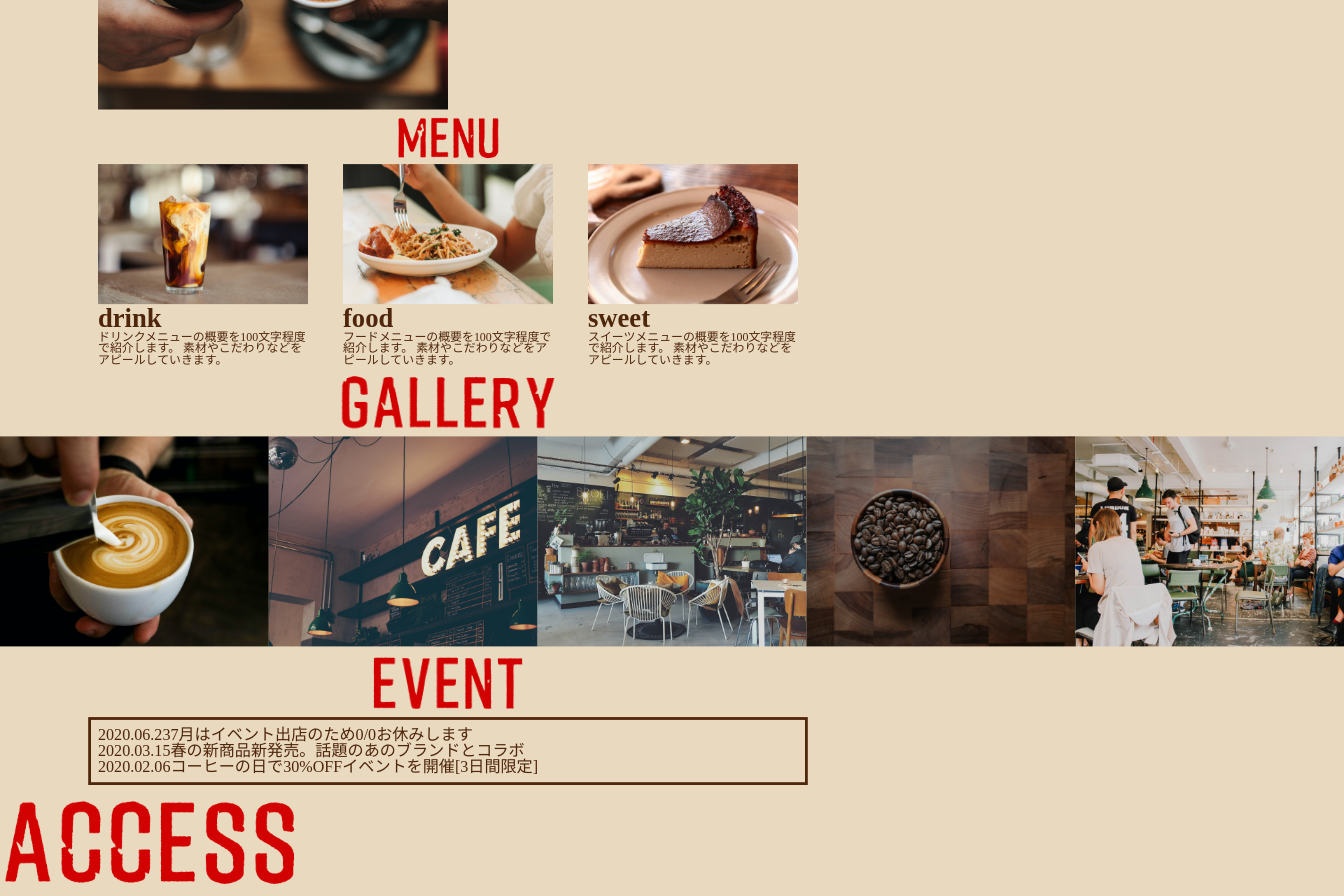
Repository: sonoyama01/dezasuta
Page: 第4回課題/index.html
These files come from the project's save history. The page is drawn as it stood at one moment and after the next save; the edit follows.
The browser window is 1280 px wide. The page is 1920 px wide, so the pictures cover 1920 px, including what lies to the right of the window. The pictures show the part of the page from y = 1128 to 2408 px (the page is 2408 px tall before and 2351 px after), at 70% of full size.

Above is the page before, as saved 2024-05-08 22:42:26.

### 第4回課題/index.html
<!DOCTYPE html>
<html lang="ja">

<head>
    <meta charset="UTF-8">
    <meta name="viewport" content="width=device-width, initial-scale=1.0">
    <title>Desing Cafe</title>
    <link rel="stylesheet" href="./css/style.css">
</head>

<body>
    <!-- ヘッダー -->
    <header>
        <div class="header_slide">
            <div>
                <img src="./images/pc_first-100.jpg" alt="店内の様子">
            </div>
        </div>
        <div class="header_wrap">
            <h1 class="header_logo">
                <img src="./images/design_cafe_logo_header@2x.png" alt="desind cafe">
            </h1>
            <nav class="pc_nav">
                <ul>
                    <li><a href="#about_us">ABOUT US</a></li>
                    <li><a href="#menu">MENU</a></li>
                    <li><a href="#gallery">GALLERY</a></li>
                    <li><a href="#event">EVENT</a></li>
                    <li><a href="#">ACCESS</a></li>
                </ul>
            </nav>
        </div>
    </header>
    <div class="catch_copy">
        <p class="catch_copy_ja"><span class="en">Have a happy day From a cup of coffee.</span><br>
            ハッピーに溢れる1日を<br>
            1杯のコーヒーから。</p><!-- /.catch_copy -->
        <p>毎日を丁寧に大切に過ごしたい。だからこそ一杯一杯丁寧にコーヒーを入れ<br>
            足を運んでくれるお客さんには落ち着く空間とこだわりのコーヒーを提供したい。</p>
    </div><!-- /.catch_copy -->

    <!-- ABOUT US -->
    <section id="about_us">
        <div class="wrap">
            <div class="about_us">
                <div class="about_us_im"><img src="./images/pc_about-100.jpg" alt=""></div>
                <div class="about_us_text">
                    <h2><img src="./images/about_us@2x.png" alt=""></h2>
                    <p class="about_us_concept">私たちが提供する<br>
                        こだわりのコーヒー</p><!-- /.about_us_concept -->
                    <p class="about_us_texts">
                        サービスを提供する上での想いや心がけていることなど、
                        メッセージを文章で紹介します。サービスを提供する上での
                        想いや心がけていることなど、メッセージを文章で紹介します。
                        サービスを提供する上での想いや心がけていることなど、
                        メッセージを文章で紹介します。
                        サービスを提供する上での想いや心がけていることなど、
                        メッセージを文章で紹介します。
                        サービスを提供する上での想いや心がけていることなど、
                        メッセージを文章で紹介します。
                    </p><!-- /.about_us_text -->
                </div>

            </div><!-- /.about_us -->
        </div><!-- /.wrap -->
    </section><!-- /#about_us -->

    <!-- MENU -->
    <!-- 上手くいかね
        <section id="menu_fx">
        <h2><img src="./images/menu@2x.png" alt="menu"></h2>
        <div class="menu">
            <div class="drink">
                <img src="./images/pc_menu_drink-100.jpg" alt="drink">
            </div>
            <div class="food">
                <img src="./images/pc_menu_food-100.jpg" alt="food">
            </div>
            <div class="sweets">
                <img src="./images/pc_menu_sweets-100.jpg" alt="sweet">
            </div>
        </div>
    </section>/#menu_fx
-->

    <section id="menu">
        <div class="wrap">
            <h2><img src="./images/menu@2x.png" alt="menu"></h2>
            <div class="menu">
                <div class="menu_item">
                    <img src="./images/pc_menu_drink-100.jpg" alt="drink">
                    <h3>drink</h3>
                    <p class="menu_tx">ドリンクメニューの概要を100文字程度で紹介します。
                        素材やこだわりなどをアピールしていきます。</p><!-- /.menu_tx -->
                </div><!-- /.menu_item -->
                <div class="menu_item">
                    <img src="./images/pc_menu_food-100.jpg" alt="food">
                    <h3>food</h3>
                    <p class="menu_tx">フードメニューの概要を100文字程度で紹介します。
                        素材やこだわりなどをアピールしていきます。</p><!-- /.menu_tx -->
                </div><!-- /.menu_item -->
                <div class="menu_item">
                    <img src="./images/pc_menu_sweets-100.jpg" alt="sweet">
                    <h3>sweet</h3>
                    <p class="menu_tx">スイーツメニューの概要を100文字程度で紹介します。
                        素材やこだわりなどをアピールしていきます。</p><!-- /.sweet -->
                </div><!-- /.menu_item -->
            </div><!-- /.menu_fx -->
        </div><!-- /.wrap -->
    </section><!-- /#menu -->

    <!-- GALLERY -->
    <section id="gallery">
        <h2><img src="./images/gallery@2x.png" alt="gallery"></h2>
        <div class="gallery">
            <img src="./images/pc_gallary_01-100.jpg" alt="">
            <img src="./images/pc_gallary_02-100.jpg" alt="">
            <img src="./images/pc_gallary_03-100.jpg" alt="">
            <img src="./images/pc_gallary_04-100.jpg" alt="">
            <img src="./images/pc_gallary_05-100.jpg" alt="">
        </div><!-- /.gallery -->
    </section><!-- /#gallery -->

    <!-- EVENT -->
    <section id="event">
        <h2><img src="./images/event@2x.png" alt="event"></h2>
        <div class="event">
            <dl>
                <div class="event_item">
                    <dt><time datetime="2020-06-23">2020.06.23</time></dt>
                    <dd>7月はイベント出店のため0/0お休みします</dd>
                </div>
                <div class="event_item">
                    <dt><time datetime="2020-03-15">2020.03.15</time></dt>
                    <dd>春の新商品新発売。話題のあのブランドとコラボ</dd>
                </div>
                <div class="event_item">
                    <dt><time datetime="2020-02-06">2020.02.06</time></dt>
                    <dd>コーヒーの日で30&percnt;OFFイベントを開催&lbrack;3日間限定&rbrack;</dd>
                </div>
            </dl>
        </div>
    </section><!-- /#event -->

    <!-- ACCESS -->
    <section id="access">
        <h2><img src="./images/access@2x.png" alt="access"></h2>
    </section>

</body>

</html>

### 第4回課題/css/style.css
@charset "utf-8";

/* cssリセット */

/*利用するタグによってこちらの内容は増やす*/

html,
body,
h1,
h2,
h3,
p,
dl,
dt,
dd,
ul,
li {
  margin: 0;
  padding: 0;
  line-height: 1;
  /*デフォルトの文字色、font-familyを予め当てておく*/
  color: #4f260b;
  font-family: "游明朝", YuMincho, "Hiragino Mincho ProN W3",
    "ヒラギノ明朝 ProN W3", "Hiragino Mincho ProN", "HG明朝E", "ＭＳ Ｐ明朝",
    "ＭＳ 明朝", serif;
}

a {
  /*下線を消す*/
  text-decoration: none;
  /*色を消す*/
  color: inherit;
  transition: 0.3s;
}

a:hover {
  opacity: 0.5;
}

ul {
  /*左の「・」を消す*/
  list-style: none;
}

img {
  max-width: 100%;
  vertical-align: bottom;
  border: none;
}

body {
  background-color: #e8d9bf;
  font-size: 23px;
}

/* ヘッダー */
.pc_nav ul {
  display: flex;
  gap: 55px;
}

.pc_nav ul li {
  width: 105px;
  text-align: center;
  color: #ffffff;
  font-weight: bold;
  font-size: 18px;
  font-family: YuGothic, "Yu Gothic", sans-serif, "Hiragino Sans W3",
    "Hiragino Kaku Gothic ProN", "ヒラギノ角ゴ ProN W3", "メイリオ", Meiryo,
    "ＭＳ Ｐゴシック", "MS PGothic", sans-serif;
}

.header_logo {
  width: 226px;
}

.header_wrap {
  display: flex;
  justify-content: space-between;
  align-items: center;
  padding: 0 7% 0 3%;
  position: absolute;
  top: 0;
  left: 0;
  width: 100%;
  box-sizing: border-box;
}

/* ============================
* キャッチコピー
* ========================= */
.catch_copy {
  text-align: center;
}
.en {
  font-size: 30px;
}
.catch_copy_ja {
  font-size: 82px;
}

/* ============================
* ABOUT US
* ========================= */
.about_us {
  display: flex;
  justify-content: space-between;
}
.about_us_im {
  width: 50%;
}
#about_us h2 {
  width: 27.2%;
}
.about_us_concept {
  font-size: 44px;
}
.about_us_text {
  width: 41%;
}
.about_us_texts {
  font-size: 16px;
}
.wrap {
  max-width: 1000px;
  margin: 0 auto;
  padding: 0 10px;
}

/* ============================
* MENU
* ========================= */
/*上手くいかね
.menu_im {
  width: 15%;
  margin: 0 auto;
}
.menu {
  display: flex;
  justify-content: space-between;
}
*/
#menu h2 {
  width: 15.1%;
  margin: 0 auto;
}
.menu {
  display: flex;
  justify-content: space-between;
}
.menu_item {
  width: 30%;
}

h3 {
  font-size: 38px;
}

.menu_tx {
  font-size: 17px;
}

/* ============================
* GALLERY
* ========================= */
#gallery h2 {
  width: 24.5%;
  margin: 0 auto;
}
.gallery {
  display: flex;
}

/* ============================
* EVENT
* ========================= */
#event h2 {
  width: 17.4%;
  margin: 0 auto;
}
.event_item {
  display: flex;
}

.event {
  max-width: 1000px;
  padding: 10px;
  border: 4px solid #4f260b;
  margin: 0 auto;
}

After the next save:
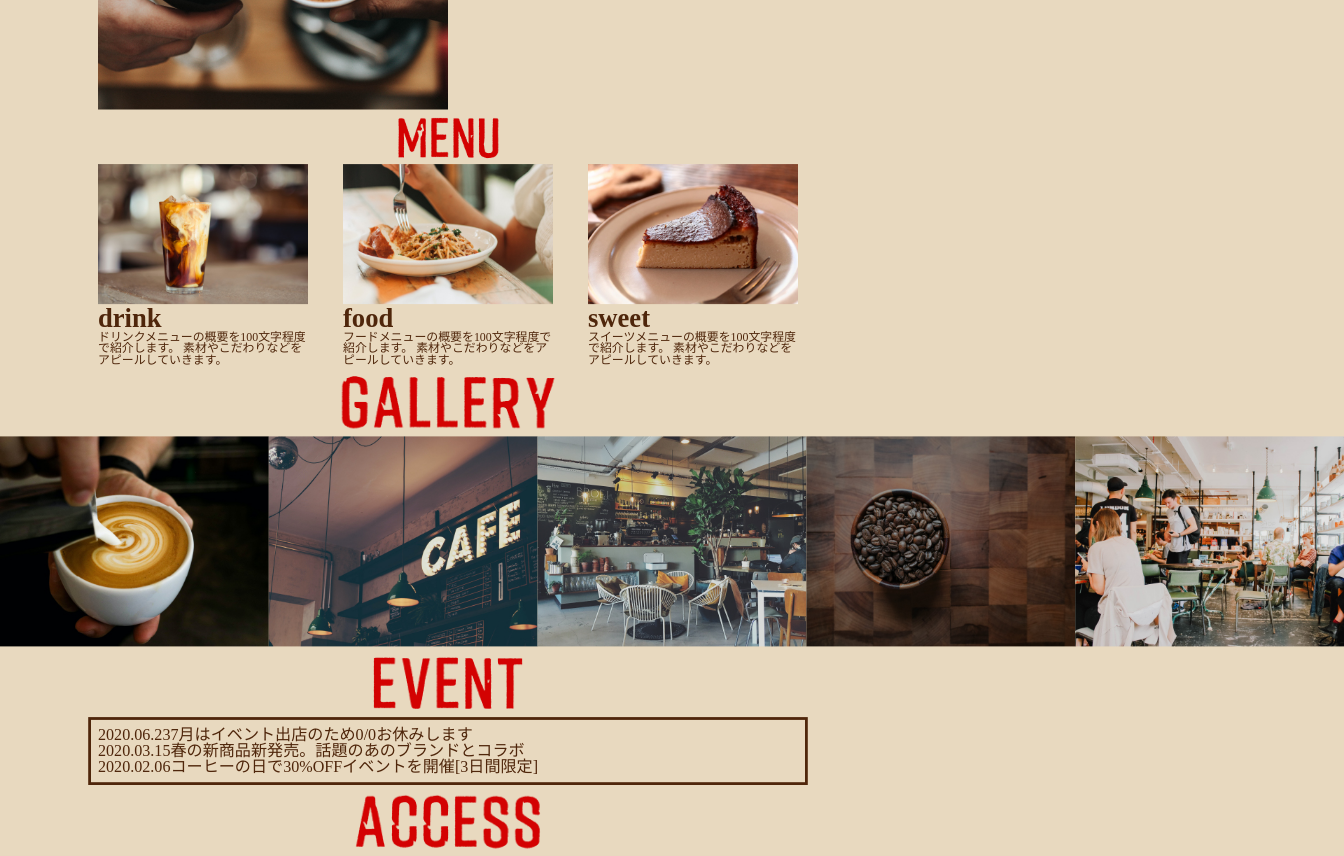
Saved 93 s later.
--- a/第4回課題/css/style.css
+++ b/第4回課題/css/style.css
@@ -188,3 +188,8 @@ h3 {
   border: 4px solid #4f260b;
   margin: 0 auto;
 }
+
+#access h2 {
+  width: 21.3%;
+  margin: 0 auto;
+}
